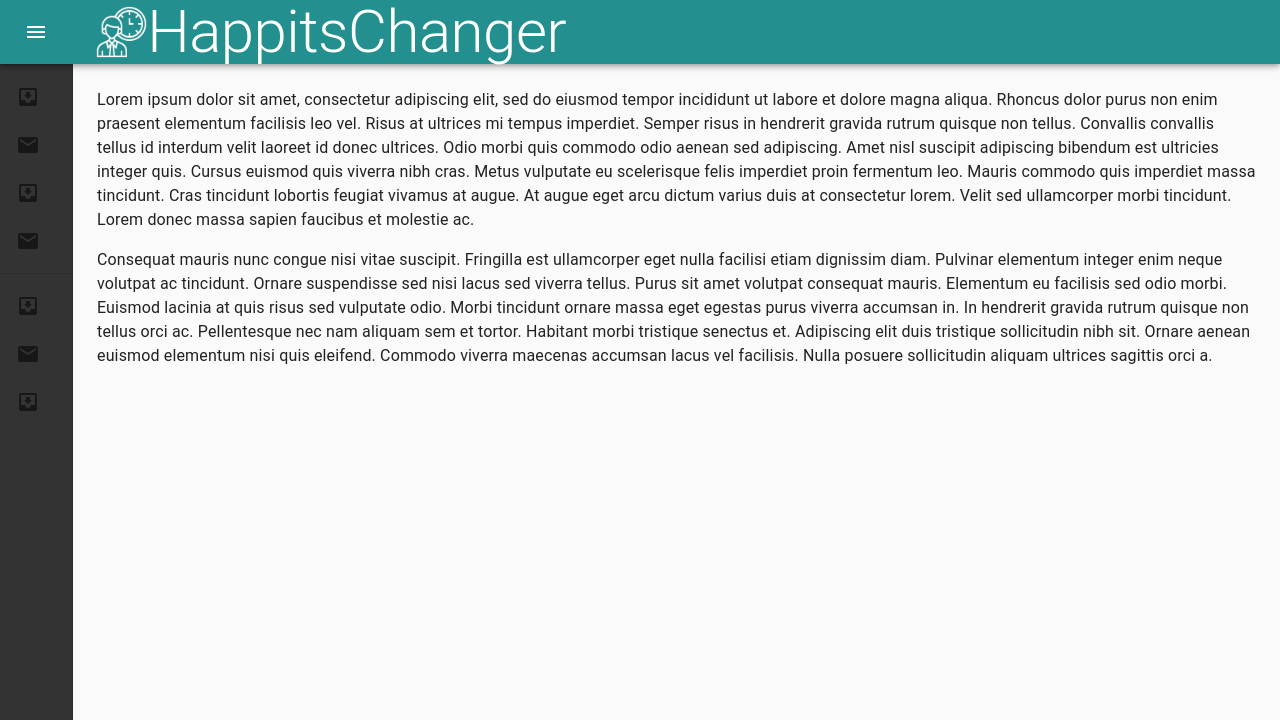
Repository: pgruca96/HappitsChanger
Page: /main
An editor plug-in stored every save of this project. The page is shown before and after the next save, followed by the edit.
The browser window is 1280 px wide. The pictures show the whole page.
The project was rebuilt for these pictures with package versions that can differ from the ones it lists, and the page was loaded fresh each time. Also part of the build but not shown: src/styles/LoginPage.js, src/styles/Form.js, src/components/form/index.js, src/containers/loginPage/logoContainer.js, src/containers/loginPage/index.js.

Above is the page before, as saved 2020-11-02 14:14:40.

After the next save:
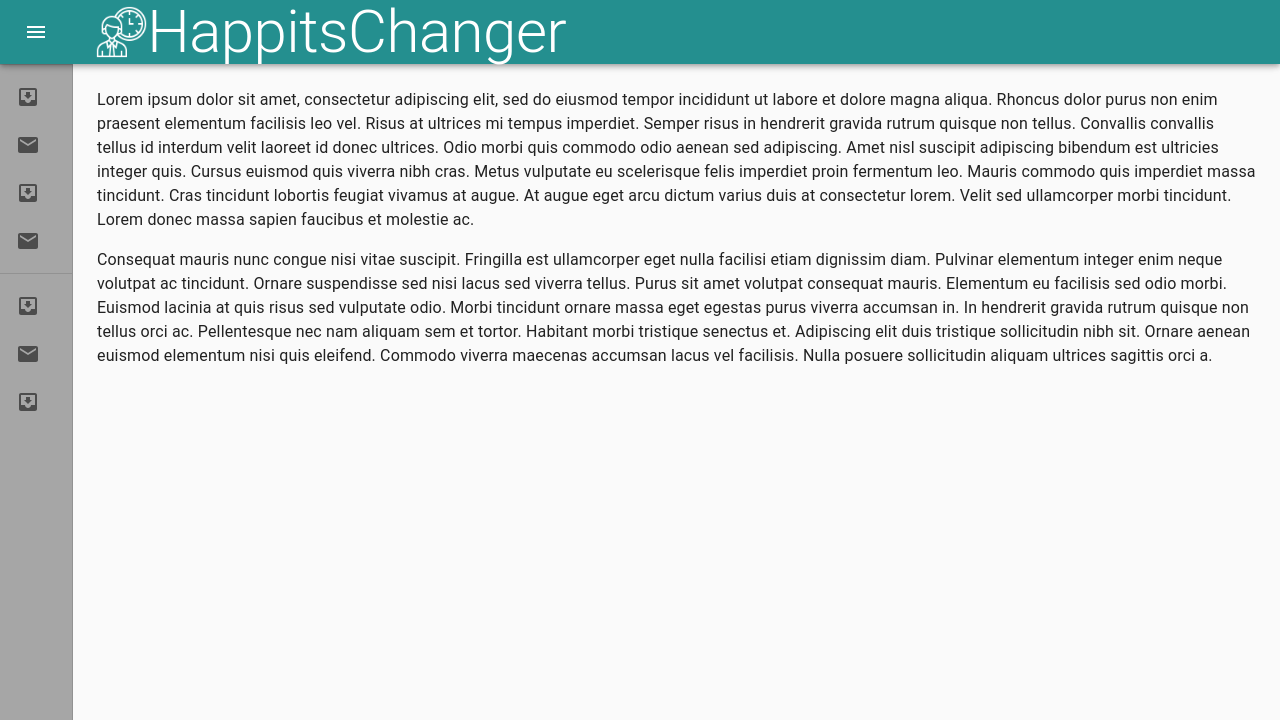
Saved 21 s later.
--- a/src/styles/colors.js
+++ b/src/styles/colors.js
@@ -1,3 +1,3 @@
 export const loginTheme = "#f2f2f2";
 export const primaryTheme = "#248f8f";
-export const secondaryTheme = "#333333";
+export const secondaryTheme = "#a6a6a6";
